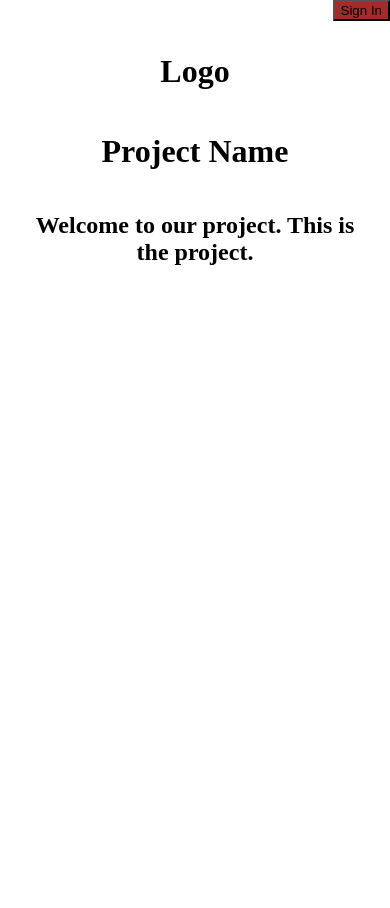
Repository: GG1627/SwampHacks-X-Project
Page: /
The author's editor kept a copy of each file at every save. The page is drawn from the files as they stood at one save, then again after the next save.
The browser window is 390 px wide. The pictures show the whole page.
The app was drawn by React Native's web renderer in a window 390 px wide. The project was rebuilt for these pictures with package versions that can differ from the ones it lists, and the page was loaded fresh each time. Also part of the build but not shown: vite.config.js.

Above is the page before, as saved 2025-01-25 10:59:47.

After the next save:
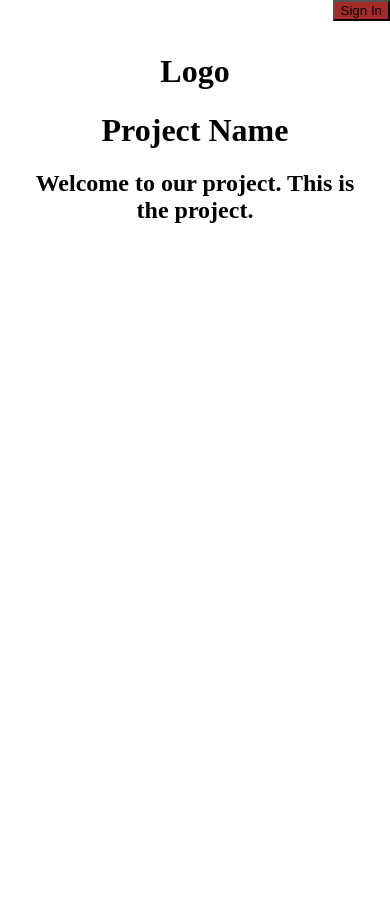
Saved 82 s later.
--- a/src/components/HomeScreen.jsx
+++ b/src/components/HomeScreen.jsx
@@ -3,12 +3,12 @@ import "./HomeScreen.css";
 
 const HomeScreen = () => {
   return (
-    <>
+    <div className="HomeScreen_container">
       <h1>Logo</h1>
       <h1>Project Name</h1>
       <h2>Welcome to our project. This is the project.</h2>
       <button className="button">Sign In</button>
-    </>
+    </div>
   );
 };
 
